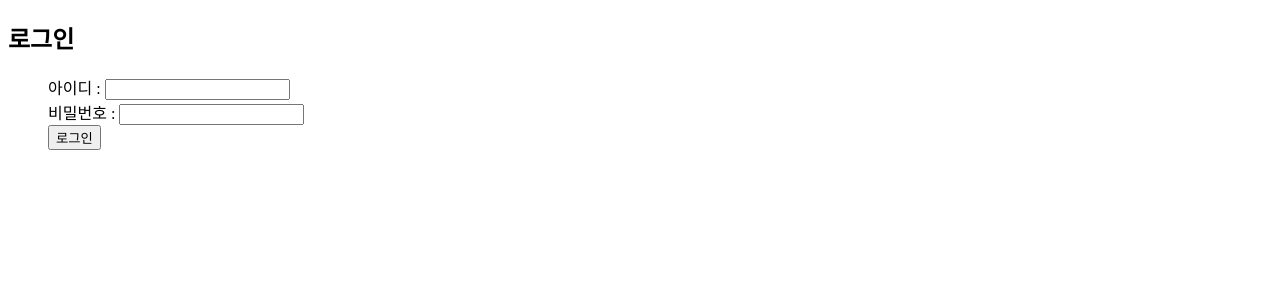
Repository: pvntlc/D-IT-Tech-Internship
Page: work_web/Day3_CMS/src/main/webapp/login.html
The author's editor kept a copy of each file at every save. The page is drawn from the files as they stood at one save, then again after the next save.
The browser window is 1280 px wide. The pictures show the whole page.

Above is the page before, as saved 2023-09-11 01:26:41.

After the next save:
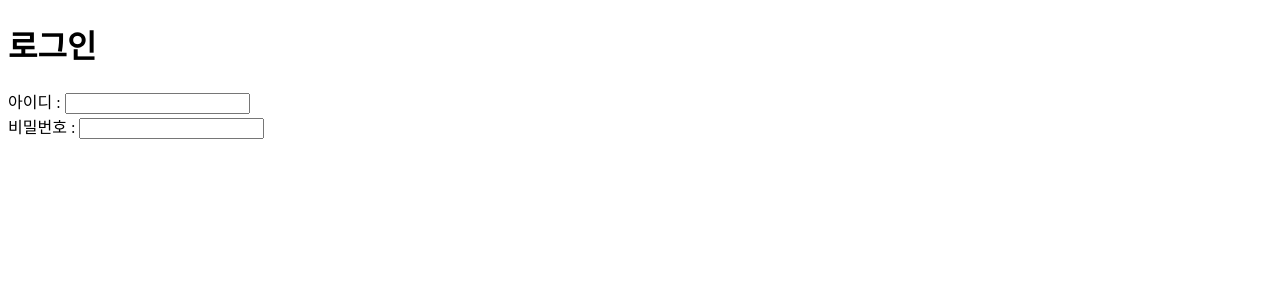
Saved 2 min 23 s later.
--- a/work_web/Day3_CMS/src/main/webapp/login.html
+++ b/work_web/Day3_CMS/src/main/webapp/login.html
@@ -1,23 +1,19 @@
 <!DOCTYPE html>
 <html lang="en">
+
 <head>
-    <meta charset="UTF-8">
-    <meta name="viewport" content="width=device-width, initial-scale=1.0">
-    <meta name="viewport" content="width=device-width, initial-scale=1.0">
-    <title>로그인</title>
+	<meta charset="UTF-8">
+	<meta name="viewport" content="width=device-width, initial-scale=1.0">
+	<meta name="viewport" content="width=device-width, initial-scale=1.0">
+	<title>로그인</title>
 </head>
+
 <body>
-    <h2>로그인</h2>
-    <form method="get" action="#">
-      <ul type="none">
-        <li>
-          <label for="userid">아이디 : <input type="text" id="userid" name="userid" /></label>
-        </li>
-        <li>
-          <label for="pass">비밀번호 : <input type="password" id="pass" name="pass" /></label>
-        </li>
-        <li><input type="submit" value="로그인" /></li>
-      </ul>
-    </form>
+	<h1>로그인</h1>
+	<form method="get" action="main.do">
+		아이디 : <input type="text" id="userid" name="userid" /></br>
+		비밀번호 : <input type="password" id="pass" name="pass" />
+	</form>
 </body>
+
 </html>
